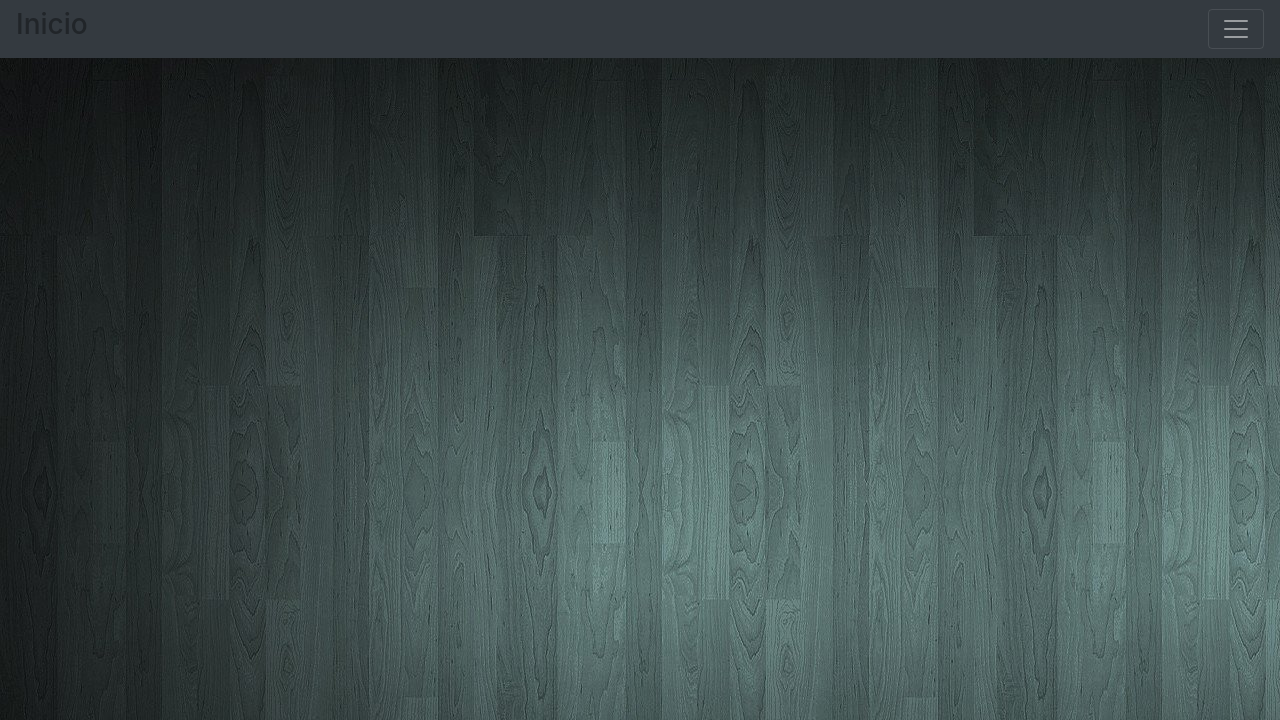
Repository: UncEmerson/UncEmerson
Page: index.html
The author's editor kept a copy of each file at every save. The page is drawn from the files as they stood at one save, then again after the next save.
The browser window is 1280 px wide. The pictures show the whole page.

Above is the page before, as saved 2019-06-11 23:49:38.

### index.html
<!DOCTYPE html>
<html lang="en">

<head>
    <meta charset="UTF-8">
    <meta name="viewport" content="width=device-width, initial-scale=1.0">
    <meta http-equiv="X-UA-Compatible" content="ie=edge">
    <title>Inicio</title>

    <link rel="stylesheet" href="bower_components/bootstrap/css/bootstrap.min.css">
    <link rel="stylesheet" href="style.css">

</head>

<body class="fondo1">
    <header>
        <div class="pos-f-t">
            <div class="collapse" id="navbarToggleExternalContent">
                <div class="bg-dark p-4">

                </div>
            </div>
            <nav class="navbar navbar-dark bg-dark ">
                <h3>Inicio</h3>
                <button class="navbar-toggler" type="button" data-toggle="collapse" data-target="#navbarToggleExternalContent" aria-controls="navbarToggleExternalContent" aria-expanded="false" aria-label="Toggle navigation">
                        <span class="navbar-toggler-icon"></span>
                      </button>
            </nav>
        </div>
    </header>


</body>
<script src="bower_components/jquery/dist/jquery.slim.min.js"></script>
<script src="bower_components/bootstrap/js/bootstrap.min.js"></script>

</html>

### style.css
.fondo1 {
    background: url(images/fondo1.jpg)
}

Loaded but not shown: bower_components/bootstrap/css/bootstrap.min.css (library); bower_components/jquery/dist/jquery.slim.min.js (library); bower_components/bootstrap/js/bootstrap.min.js (library)

After the next save:
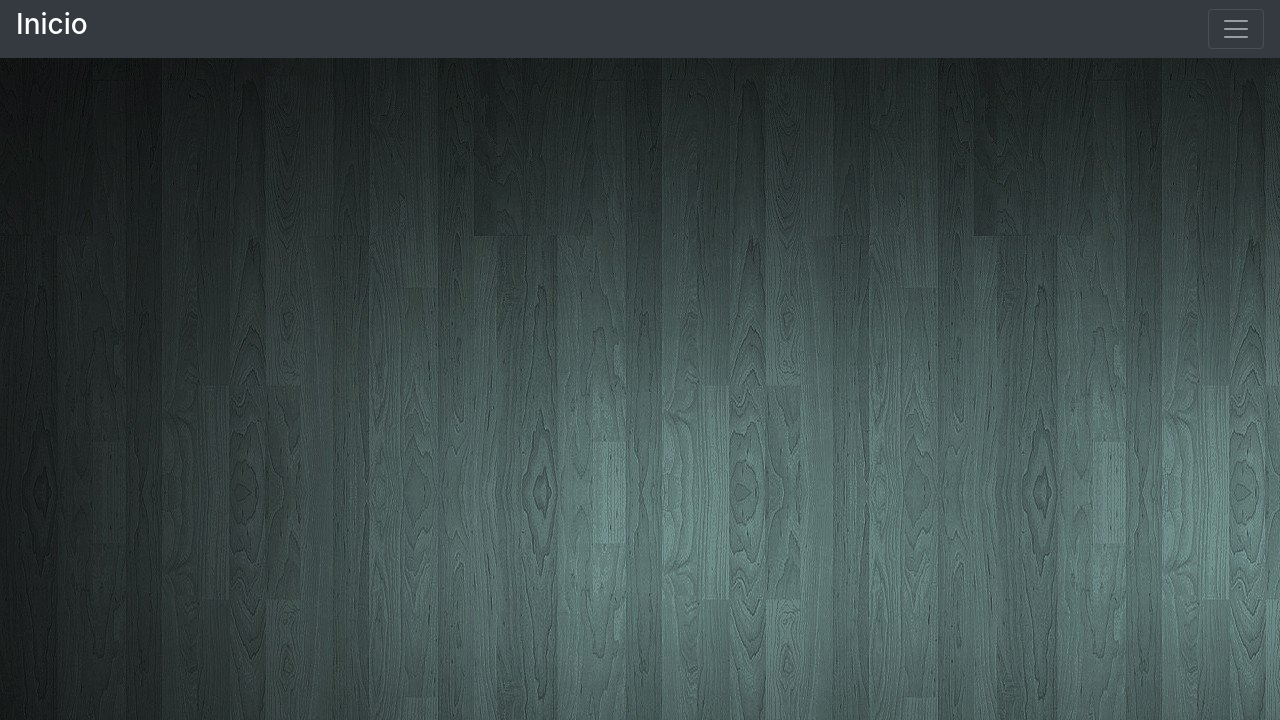
Saved 18 s later.
--- a/index.html
+++ b/index.html
@@ -21,7 +21,7 @@
                 </div>
             </div>
             <nav class="navbar navbar-dark bg-dark ">
-                <h3>Inicio</h3>
+                <h3 class="text-white">Inicio</h3>
                 <button class="navbar-toggler" type="button" data-toggle="collapse" data-target="#navbarToggleExternalContent" aria-controls="navbarToggleExternalContent" aria-expanded="false" aria-label="Toggle navigation">
                         <span class="navbar-toggler-icon"></span>
                       </button>
